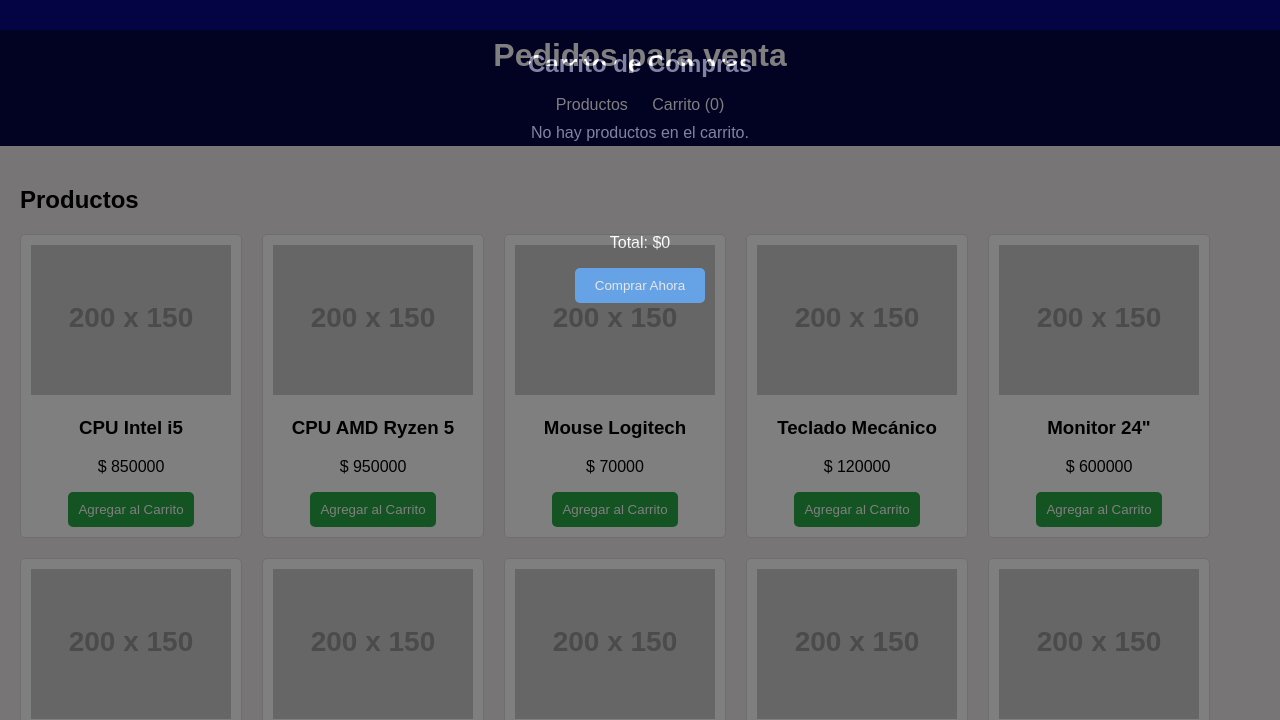
Repository: ye909/RAVPIP
Page: src/templei/ventasPortatil.html
An editor plug-in stored every save of this project. The page is shown before and after the next save, followed by the edit.
The browser window is 1280 px wide. The pictures show the window.
A layer covers the whole window, so only the first screen is drawn.

Above is the page before, as saved 2025-04-10 08:13:06.
Console error: ReferenceError: updateCart is not defined

### src/templei/ventasPortatil.html


<!DOCTYPE html>
<html lang="es">
<head>
    <meta charset="UTF-8">
    <meta name="viewport" content="width=device-width, initial-scale=1.0">
    <title>Tienda de Medios Tecnológicos</title>
    <link rel="stylesheet" href="../css/ventas.css">
</head>
<body>
  <header>
    <h1>Pedidos para venta </h1>
    <nav>
      <ul>
        <li><a href="#productos">Productos</a></li>
        <li><a href="#carrito">Carrito (<span id="cart-count">0</span>)</a></li>
      </ul>
    </nav>
  </header>

  <main class="containerCarrito">
    <section id="productos">
      <h2>Productos</h2>
      <div class="product-list" id="product-list">

      </div>
    </section>

    <section id="carrito" class="carrito">
      <h2>Carrito de Compras</h2>
      <div id="cart-items">
        <p>No hay productos en el carrito.</p>
      </div>
      <p>Total: $<span id="cart-total">0</span></p>
      <button id="checkout-btn" >Comprar Ahora</button>
    </section>


  </main>

  <!-- <footer>
    <p>&copy; 2023 Tienda de Medios Tecnológicos</p>
  </footer> -->


    <script src="../js/ventas.js"></script>

</body>
</html>

### src/css/ventas.css

body {
    font-family: Arial, sans-serif;
    margin: 0;
    padding: 0;
    background-color: #f4f4f9;
  }

  header {
    background-color: #040445;
    color: #fff;
    padding: 1rem;
    text-align: center;
  }

  header nav ul {
    list-style: none;
    padding: 0;
  }

  header nav ul li {
    display: inline;
    margin: 0 10px;
  }

  header nav ul li a {
    color: #fff;
    text-decoration: none;
  }

  main {
    padding: 20px;
    background: #efebeb;

  }

  .product-list {
    display: flex;
    flex-wrap: wrap;
    gap: 20px;
  }

  .product {
    background-color: #fff;
    border: 1px solid #ddd;
    border-radius: 5px;
    padding: 10px;
    width: 200px;
    text-align: center;
  }

  .product img {
    max-width: 100%;
    height: auto;
  }

  .add-to-cart {
    background-color: #28a745;
    color: #fff;
    border: none;
    padding: 10px;
    cursor: pointer;
    border-radius: 5px;
  }

  .add-to-cart:hover {
    background-color: #218838;
  }

  #carrito {
    margin-top: 20px;
  }



  #checkout-btn {
    background-color: #007bff;
    color: #fff;
    border: none;
    padding: 10px 20px;
    cursor: pointer;
    border-radius: 5px;
  }

  #checkout-btn:disabled {
    background-color: #ccc;
  }
  .carrito{
    position: fixed;
    top: 10px;
    margin-left: -20px;
 text-align: center;
   background:black;
   width:100%;
   height: 100%;
   color:white;
   opacity: 0.5;
  }
  #cart-items {
    min-height: 100px;
    padding: 10px;
    /* border: 1px solid #ddd;

    background-color: #fff; */
  }
  footer {
    text-align: center;
    padding: 10px;
    background-color: #333;
    color: #fff;
    position: fixed;
    bottom: 0;
    width: 100%;
  }

### src/js/ventas.js


fetch("../js/datos.json")
  .then(response => response.json())
  .then(data =>{

  data.forEach((item)=>{
    const productlist = document.getElementById("product-list")
    const sudcontainer=document.createElement("div")
    sudcontainer.setAttribute("data-id", item.id); // Suponiendo que el JSON tiene un campo "id"
    sudcontainer.setAttribute("data-name", item.name);
    sudcontainer.setAttribute("data-price", item.price);


    sudcontainer.classList.add("product")
    sudcontainer.innerHTML=`
    <img src="${item.image}" alt="Smartphone X">
   <h3>${item.name} </h3>
   <p>$ ${item.price}</p>
   <button class="add-to-cart">Agregar al Carrito</button>
    `
   productlist.appendChild(sudcontainer)
    console.log(productlist)

  })





  const cart = [];
  let cartTotal = 0;

// Función para actualizar el carrito
 function updateCart() {
   const cartItemsDiv = document.getElementById('cart-items');
   const cartCountSpan = document.getElementById('cart-count');
   const cartTotalSpan = document.getElementById('cart-total');
   const checkoutBtn = document.getElementById('checkout-btn');

  // Limpiar el contenido actual del carrito
   cartItemsDiv.innerHTML = '';

   if (cart.length === 0) {
     cartItemsDiv.innerHTML = '<p>No hay productos en el carrito.</p>';
     checkoutBtn.disabled = true;
   } else {
     cart.forEach(item => {
       const itemDiv = document.createElement('div');
       itemDiv.textContent = `${item.name} - $${item.price}`;
       cartItemsDiv.appendChild(itemDiv);
     });
     checkoutBtn.disabled = false;
   }

   // Actualizar el contador y el total
   cartCountSpan.textContent = cart.length;
   cartTotalSpan.textContent = cartTotal.toFixed(2);
 }

 // Agregar productos al carrito
 document.querySelectorAll('.add-to-cart').forEach(button => {
   button.addEventListener('click', () => {
     const productDiv = button.parentElement;
     const productId = productDiv.dataset.id;
     const productName = productDiv.dataset.name;
     const productPrice = parseFloat(productDiv.dataset.price);

//     // Verificar si el producto ya está en el carrito
     const existingItem = cart.find(item => item.id === productId);
     if (existingItem) {
       existingItem.quantity += 1;
     } else {
       cart.push({ id: productId, name: productName, price: productPrice, quantity: 1 });
     }

     // Actualizar el total
     cartTotal += productPrice;

     // Actualizar la vista del carrito
     updateCart();
   });
 });

 document.getElementById("checkout-btn").addEventListener("click",verCarrito)

 function verCarrito() {
  alert("a")
  // const containerCarrito

 }
} )
 // Inicializar el carrito
 updateCart();

### src/js/datos.json

[
  { "id": 1,
  "name": "CPU Intel i5",
   "price": 850000,
   "image": "https://via.placeholder.com/200x150?text=CPU+Intel+i5" },
  { "id": 2, "name": "CPU AMD Ryzen 5", "price": 950000, "image": "https://via.placeholder.com/200x150?text=Ryzen+5" },
  { "id": 3, "name": "Mouse Logitech", "price": 70000, "image": "https://via.placeholder.com/200x150?text=Mouse" },
  { "id": 4, "name": "Teclado Mecánico", "price": 120000, "image": "https://via.placeholder.com/200x150?text=Teclado" },
  { "id": 5, "name": "Monitor 24\"", "price": 600000, "image": "https://via.placeholder.com/200x150?text=Monitor" },
  { "id": 6, "name": "Disco SSD 480GB", "price": 220000, "image": "https://via.placeholder.com/200x150?text=SSD" },
  { "id": 7, "name": "Disco HDD 1TB", "price": 180000, "image": "https://via.placeholder.com/200x150?text=HDD" },
  { "id": 8, "name": "Tarjeta de Video GTX 1660", "price": 1350000, "image": "https://via.placeholder.com/200x150?text=GPU" },
  { "id": 9, "name": "Memoria RAM 8GB", "price": 140000, "image": "https://via.placeholder.com/200x150?text=RAM+8GB" },
  { "id": 10, "name": "Gabinete Gamer", "price": 250000, "image": "https://via.placeholder.com/200x150?text=Gabinete" },
  { "id": 11, "name": "Fuente de poder 600W", "price": 180000, "image": "https://via.placeholder.com/200x150?text=PSU+600W" },
  { "id": 12, "name": "Mousepad XL", "price": 40000, "image": "https://via.placeholder.com/200x150?text=Mousepad" },
  { "id": 13, "name": "Cooler para CPU", "price": 85000, "image": "https://via.placeholder.com/200x150?text=Cooler" },
  { "id": 14, "name": "Cámara Web HD", "price": 90000, "image": "https://via.placeholder.com/200x150?text=Webcam" },
  { "id": 15, "name": "Audífonos Gamer", "price": 110000, "image": "https://via.placeholder.com/200x150?text=Headset" },
  { "id": 16, "name": "Tarjeta madre Intel", "price": 480000, "image": "https://via.placeholder.com/200x150?text=Motherboard" },
  { "id": 17, "name": "Tarjeta madre AMD", "price": 500000, "image": "https://via.placeholder.com/200x150?text=Motherboard+AMD" },
  { "id": 18, "name": "Router Wi-Fi", "price": 130000, "image": "https://via.placeholder.com/200x150?text=Router" },
  { "id": 19, "name": "Impresora multifuncional", "price": 600000, "image": "https://via.placeholder.com/200x150?text=Impresora" },
  { "id": 20, "name": "USB 64GB", "price": 45000, "image": "https://via.placeholder.com/200x150?text=USB+64GB" },
  { "id": 21, "name": "Disco Externo 2TB", "price": 370000, "image": "https://via.placeholder.com/200x150?text=Disco+Externo" },
  { "id": 22, "name": "Switch de red", "price": 160000, "image": "https://via.placeholder.com/200x150?text=Switch" },
  { "id": 23, "name": "Cable HDMI", "price": 25000, "image": "https://via.placeholder.com/200x150?text=HDMI" },
  { "id": 24, "name": "Cable SATA", "price": 15000, "image": "https://via.placeholder.com/200x150?text=SATA" },
  { "id": 25, "name": "Antena Wi-Fi USB", "price": 30000, "image": "https://via.placeholder.com/200x150?text=Antena+WiFi" },
  { "id": 26, "name": "Adaptador USB-C", "price": 20000, "image": "https://via.placeholder.com/200x150?text=USB-C" },
  { "id": 27, "name": "Soporte Monitor", "price": 60000, "image": "https://via.placeholder.com/200x150?text=Soporte" },
  { "id": 28, "name": "Lector de tarjetas", "price": 28000, "image": "https://via.placeholder.com/200x150?text=Lector" },
  { "id": 29, "name": "Batería portátil", "price": 85000, "image": "https://via.placeholder.com/200x150?text=Power+Bank" },
  { "id": 30, "name": "Hub USB 4 Puertos", "price": 55000, "image": "https://via.placeholder.com/200x150?text=USB+Hub" }
]

After the next save:
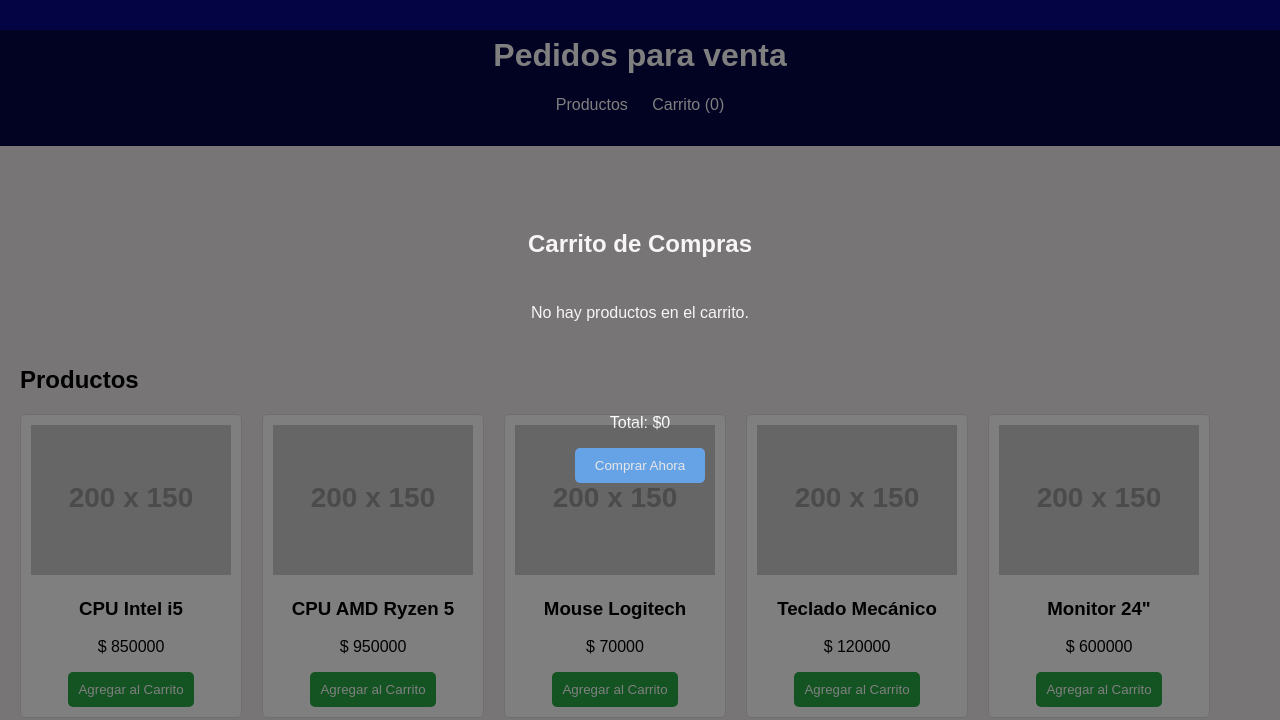
Saved 72 s later.
--- a/src/css/ventas.css
+++ b/src/css/ventas.css
@@ -71,6 +71,9 @@ body {
     margin-top: 20px;
   }
 
+ h2{
+  margin-top: 200px;
+ }
 
 
   #checkout-btn {
@@ -99,9 +102,6 @@ body {
   #cart-items {
     min-height: 100px;
     padding: 10px;
-    /* border: 1px solid #ddd;
-
-    background-color: #fff; */
   }
   footer {
     text-align: center;
